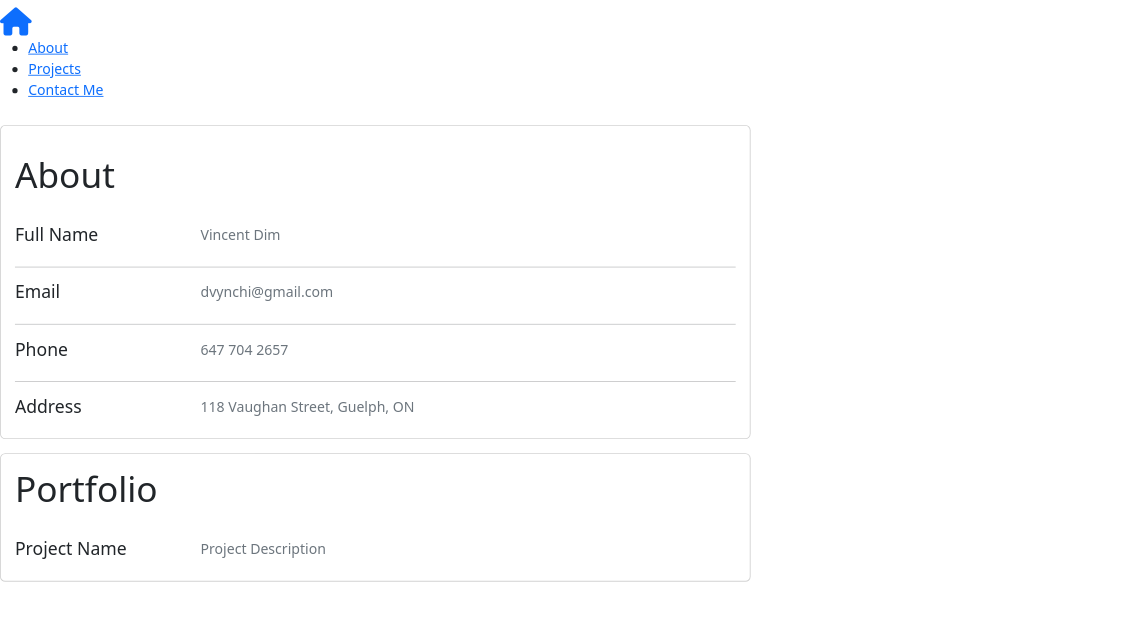
Repository: dvynchi/profile-2022
Page: index.html
These files come from the project's save history. The page is drawn as it stood at one moment and after the next save; the edit follows.
The browser window is 1280 px wide. The pictures show the whole page, at 88% of full size.
Some web libraries are served in a nearby version.

Above is the page before, as saved 2022-08-12 16:50:32.

After the next save:
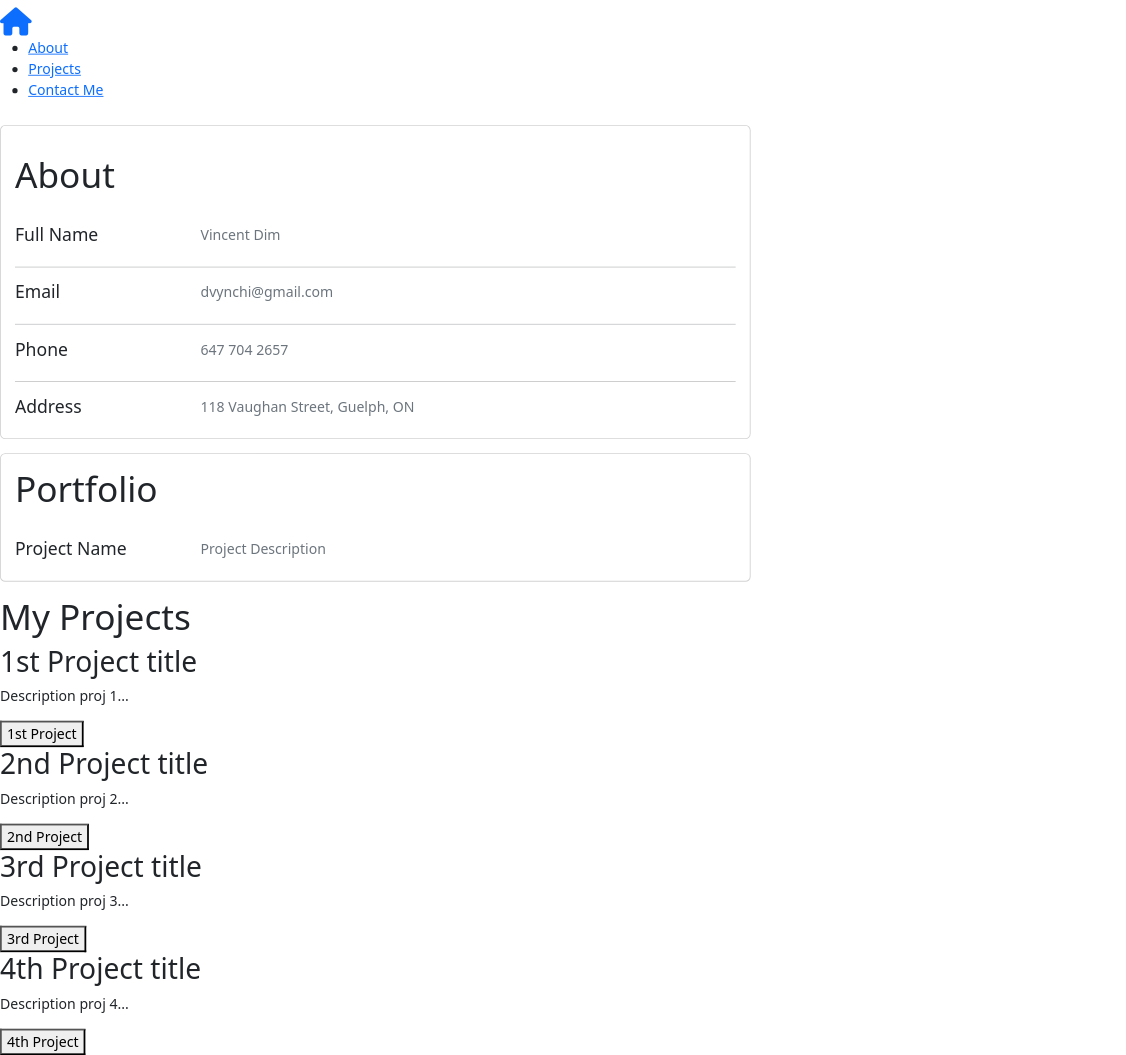
Saved 2 min 7 s later.
--- a/index.html
+++ b/index.html
@@ -122,7 +122,39 @@
                 </div>
             </div>
         </div>
+    </div>
 
+
+    <!-- PROJECTS SECTION (use image tag in place of p to insert an image)-->
+
+    <div class="projects" id="projects">
+        <h1>My Projects</h1>
+        <div class="projects_wrapper">
+            <div class="projects_card">
+                <h2>1st Project title</h2>
+                <p>Description proj 1...</p>
+                <div class="projects_btn"><button>1st Project</button></div>
+            </div>
+            <!-- ------------------------- -->
+            <div class="projects_card">
+                <h2>2nd Project title</h2>
+                <p>Description proj 2...</p>
+                <div class="projects_btn"><button>2nd Project</button></div>
+            </div>
+            <!-- ------------------------- -->
+            <div class="projects_card">
+                <h2>3rd Project title</h2>
+                <p>Description proj 3...</p>
+                <div class="projects_btn"><button>3rd Project</button></div>
+            </div>
+            <!-- ------------------------- -->
+            <div class="projects_card">
+                <h2>4th Project title</h2>
+                <p>Description proj 4...</p>
+                <div class="projects_btn"><button>4th Project</button></div>
+            </div>
+
+        </div>
     </div>
 
 
